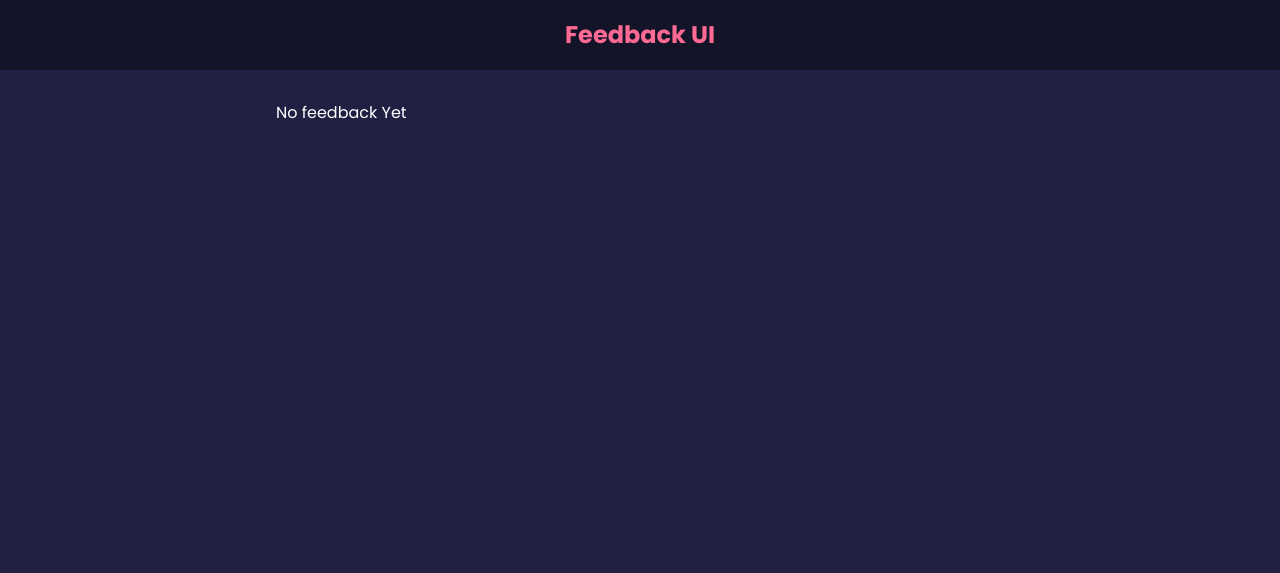
Repository: Lithium87/feedback-app
Page: / (app in client/)
The author's editor kept a copy of each file at every save. The page is drawn from the files as they stood at one save, then again after the next save.
The browser window is 1280 px wide. The pictures show the whole page.
The project was rebuilt for these pictures with package versions that can differ from the ones it lists, and the page was loaded fresh each time.

Above is the page before, as saved 2022-05-25 21:26:33.

### client/src/index.css
@import url('https://fonts.googleapis.com/css2?family=Poppins:wght@400;600;700&display=swap');
* {
    box-sizing: border-box;
    margin: 0;
    padding: 0;
}

body {
    font-family: 'Poppins', sans-serif;
    background-color: #202142;
    color: #fff;
    line-height: 1.6;
}

ul {
    list-style: none;
}

.container {
    max-width: 768px;
    margin: auto;
    padding: 0 20px;
}

header {
    height: 70px;
    width: 100%;
    display: flex;
    justify-content: space-between;
    align-items: center;
    margin-bottom: 30px;
}

.card {
    background-color: #fff;
    color: #333;
    border-radius: 15px;
    padding: 40px 50px;
    margin: 20px 0;
    position: relative;
}

.card.reverse {
    background-color: rgba(0, 0, 0, 0.4);
    color: #fff;
}

.card h2 {
    font-size: 22px;
    font-weight: 600;
    text-align: center;
}

.rating {
    display: flex;
    align-items: center;
    justify-content: space-around;
    margin: 30px 0 40px;
}

.rating li,
.num-display {
    position: relative;
    background: #f4f4f4;
    width: 50px;
    height: 50px;
    padding: 10px;
    text-align: center;
    border-radius: 50%;
    font-size: 19px;
    border: 1px #eee solid;
    transition: 0.3s;
}

.rating li label {
    position: absolute;
    top: 50%;
    left: 50%;
    width: 50px;
    height: 50px;
    padding: 10px;
    border-radius: 50%;
    transform: translate(-50%, -50%);
    cursor: pointer;
}

.rating li:hover,
.num-display {
    background: #ff6a95;
    color: #fff;
}

[type='radio'] {
    opacity: 0;
}

[type='radio']:checked~label {
    background: #ff6a95;
    color: #fff;
}

.input-group {
    display: flex;
    flex-direction: row;
    border: 1px solid #ccc;
    padding: 8px 10px;
    border-radius: 8px;
}

input {
    flex-grow: 2;
    border: none;
    font-size: 16px;
}

input:focus {
    outline: none;
}

.feedback-stats {
    color: #fff;
    display: flex;
    justify-content: space-between;
    align-items: center;
}

.num-display {
    position: absolute;
    top: -10px;
    left: -10px;
}

.close,
.edit {
    position: absolute;
    top: 10px;
    right: 20px;
    cursor: pointer;
    background: none;
    border: none;
}

.edit {
    right: 40px;
}

.btn {
    color: #fff;
    border: 0;
    border-radius: 8px;
    color: #fff;
    width: 100px;
    height: 40px;
    cursor: pointer;
}

.btn-primary {
    background-color: #202142;
}

.btn-secondary {
    background: #ff6a95;
}

.btn:hover {
    transform: scale(0.98);
    opacity: 0.9;
}

.btn:disabled {
    background-color: #cccccc;
    color: #333;
    cursor: auto;
}

.btn:disabled:hover {
    transform: scale(1);
    opacity: 1;
}

.message {
    padding-top: 10px;
    text-align: center;
    color: rebeccapurple;
}


/* FIX: Remove position: absolute to keep about icon at the bottom of the
 * document */

.about-link {
    display: flex;
    justify-content: flex-end;
}


/* FIX: Remove position: absolute to keep about icon at the bottom of the
 * document */

.about-link a {
    color: #fff;
    cursor: pointer;
}

.about-link a:hover {
    color: #ff6a95;
}

.about h1 {
    margin-bottom: 20px;
}

.about p {
    margin: 10px 0;
}

@media (max-width: 600px) {
    .rating li {
        margin: 10px 3px;
    }
    .rating {
        display: flex;
        align-items: center;
        justify-content: center;
        flex-wrap: wrap;
        margin: 30px 0 40px;
    }
    .input-group input {
        width: 80%;
    }
}

### client/src/App.js
import React, {useState} from 'react';
import Header from './components/Header';
import FeedbackList from './components/FeedbackList';
import FeedbackData from './data/FeedbackData';

const App = () => {
  const [feedback, setFeedback] = useState (FeedbackData);

  return (
    <React.Fragment>
      <Header />
      <div className="container">
        <FeedbackList />
      </div>
    </React.Fragment>
  );
};

export default App;

### client/src/components/Header.js
import React from 'react';
import PropTypes from 'prop-types';

const Header = ({text, bgColor, textColor}) => {
  const headerStyles = {
    backgroundColor: bgColor,
    color: textColor,
  };

  return (
    <header style={headerStyles}>
      <div className="container">
        <h2>{text}</h2>
      </div>
    </header>
  );
};

Header.defaultProps = {
  text: 'Feedback UI',
  bgColor: 'rgba(0, 0, 0, 0.4)',
  textColor: '#ff6a95',
};

Header.propTypes = {
  text: PropTypes.string,
  bgColor: PropTypes.string,
  textColor: PropTypes.string,
};

export default Header;

### client/src/components/FeedbackList.js
import React from 'react';
import FeedbackItem from './FeedbackItem';

const FeedbackList = ({feedback}) => {
  if (!feedback || feedback.length === 0) {
    return <p>No feedback Yet</p>;
  }

  return (
    <div className="feedback-list">
      {feedback.map (item => <FeedbackItem key={item.id} item={item} />)}
    </div>
  );
};

export default FeedbackList;

### client/src/components/FeedbackItem.js
import React from 'react';

const FeedbackItem = ({item}) => {
  return (
    <div className="card">
      <div className="num-display">{item.rating}</div>
      <div className="text-display">
        {item.text}
      </div>
    </div>
  );
};

export default FeedbackItem;

Loaded but not shown: client/public/index.html (common file); client/src/index.js (common file); client/src/reportWebVitals.js (common file); client/src/data/FeedbackData.js (common file)

After the next save:
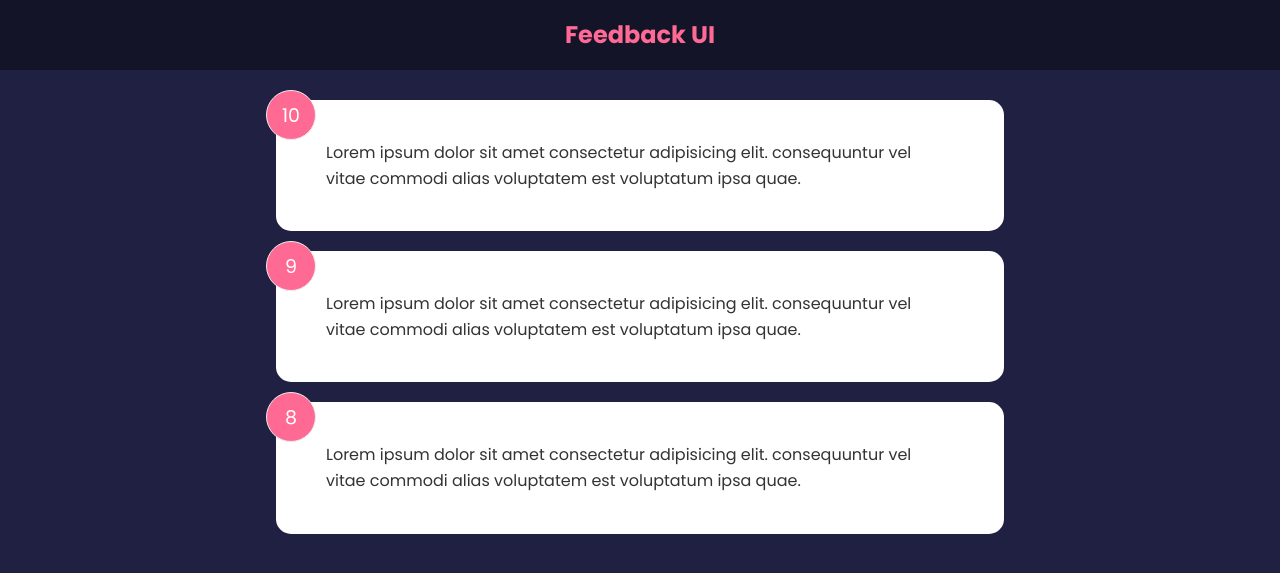
Saved 16 s later.
--- a/client/src/App.js
+++ b/client/src/App.js
@@ -10,7 +10,7 @@ const App = () => {
     <React.Fragment>
       <Header />
       <div className="container">
-        <FeedbackList />
+        <FeedbackList feedback={feedback} />
       </div>
     </React.Fragment>
   );
